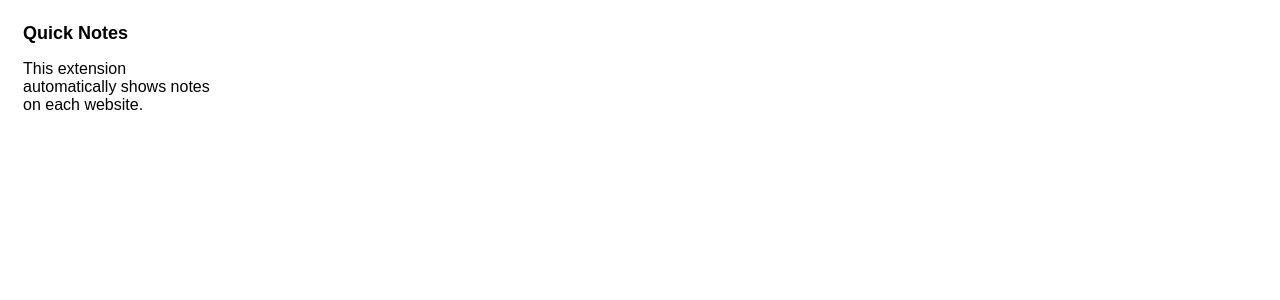
Repository: AnushkaGupta1120/Quick-notes-extension
Page: popup.html
An editor plug-in stored every save of this project. The page is shown before and after the next save, followed by the edit.
The browser window is 1280 px wide. The pictures show the whole page.

Above is the page before, as saved 2025-11-20 11:53:59.

After the next save:
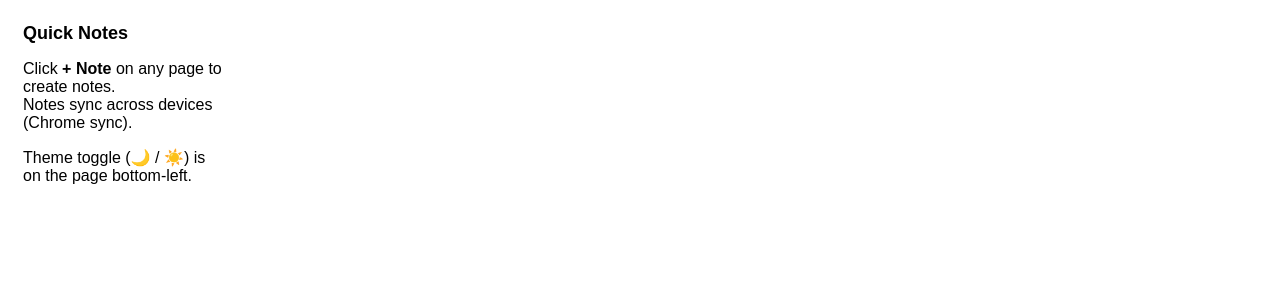
Saved 14 s later.
--- a/popup.html
+++ b/popup.html
@@ -1,10 +1,18 @@
 <!DOCTYPE html>
 <html>
   <head>
+    <meta charset="UTF-8" />
     <link rel="stylesheet" href="popup.css" />
+    <title>Quick Notes</title>
   </head>
   <body>
     <h2>Quick Notes</h2>
-    <p>This extension automatically shows notes on each website.</p>
+    <p>
+      Click <strong>+ Note</strong> on any page to create notes.<br />
+      Notes sync across devices (Chrome sync).
+    </p>
+    <p class="small">
+      Theme toggle (🌙 / ☀️) is on the page bottom-left.
+    </p>
   </body>
 </html>
